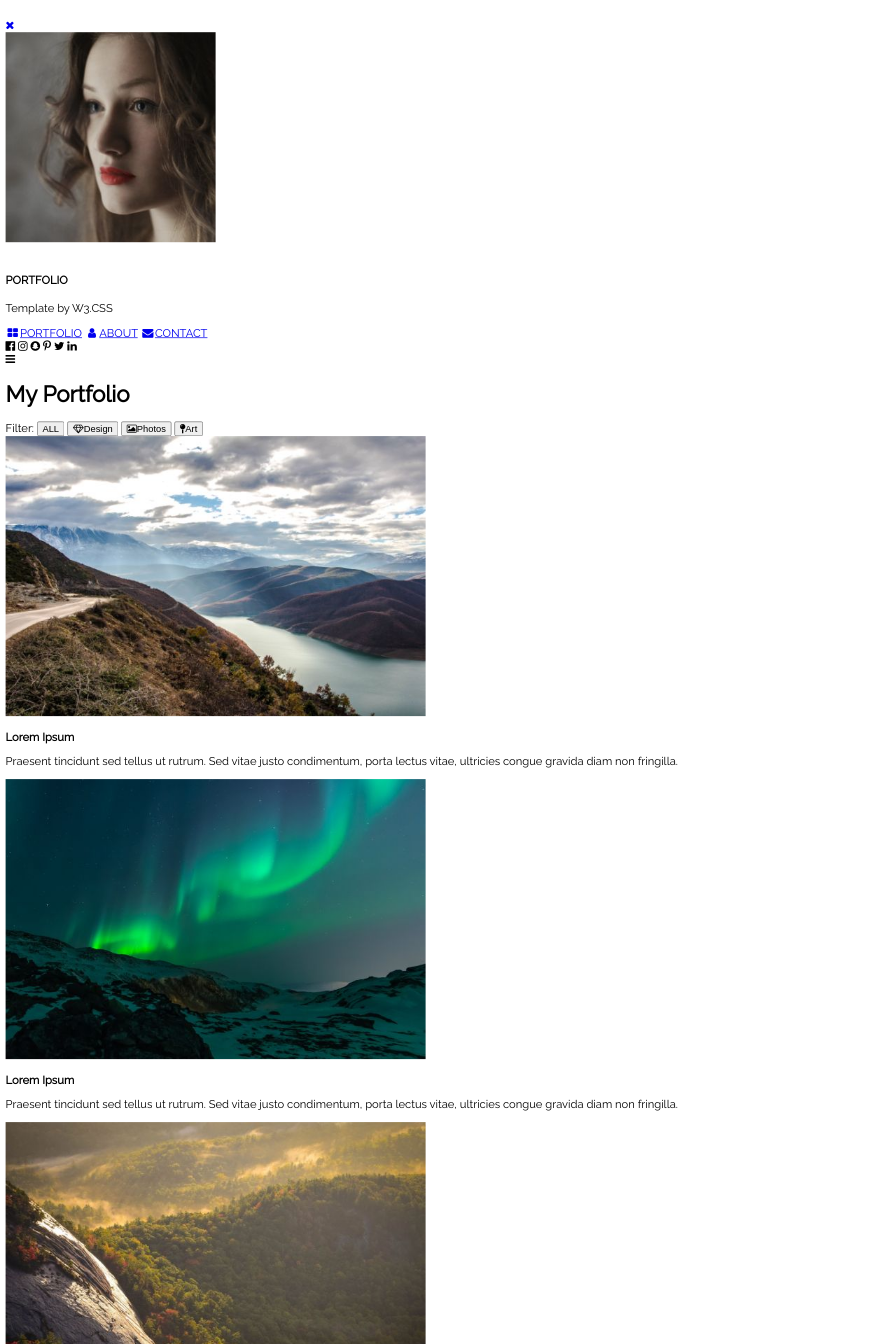
Repository: hesshess/clonecoding-assignment
Page: 5-nature-portfolio/template5.html
An editor plug-in stored every save of this project. The page is shown before and after the next save, followed by the edit.
The browser window is 1280 px wide. The pictures show the part of the page from y = 0 to 1920 px (the page is 6248 px tall before and 5905 px after), at 70% of full size.

Above is the page before, as saved 2022-03-18 17:06:09.

### 5-nature-portfolio/template5.html
<!DOCTYPE html>
<html>
  <head>
    <title>Nature Portfolio</title>
    <meta charset="UTF-8" />
    <meta name="viewport" content="width=device-width, initial-scale=1" />
    <link rel="stylesheet" href="./template5.css" />
    <link
      rel="stylesheet"
      href="https://fonts.googleapis.com/css?family=Raleway"
    />
    <link
      rel="stylesheet"
      href="https://cdnjs.cloudflare.com/ajax/libs/font-awesome/4.7.0/css/font-awesome.min.css"
    />

  </head>
  <body >
    <!-- Sidebar/menu -->
    <nav
      style="z-index: 3; width: 300px"
      id="mySidebar"
    >
      <br />
      <div>
        <a
          href="#""
          title="close menu"
        >
          <i class="fa fa-remove"></i>
        </a>
        <img
          src="./img/avatar_g2.jpg"


        /><br /><br />
        <h4><b>PORTFOLIO</b></h4>
        <p >Template by W3.CSS</p>
      </div>
      <div >
        <a
          href="#portfolio"
          onclick="w3_close()"

          ><i class="fa fa-th-large fa-fw"></i>PORTFOLIO</a
        >
        <a
          href="#about"

          ><i class="fa fa-user fa-fw "></i>ABOUT</a
        >
        <a
          href="#contact"


          ><i class="fa fa-envelope fa-fw"></i>CONTACT</a
        >
      </div>
      <div >
        <i class="fa fa-facebook-official w3-hover-opacity"></i>
        <i class="fa fa-instagram "></i>
        <i class="fa fa-snapchat "></i>
        <i class="fa fa-pinterest-p "></i>
        <i class="fa fa-twitter "></i>
        <i class="fa fa-linkedin "></i>
      </div>
    </nav>

    <!-- !PAGE CONTENT! -->
    <div >
      <!-- Header -->
      <header id="portfolio">

        <span

          ><i class="fa fa-bars"></i
        ></span>
        <div >
          <h1><b>My Portfolio</b></h1>
          <div>
            <span >Filter:</span>
            <button ">ALL</button>
            <button >
              <i class="fa fa-diamond "></i>Design
            </button>
            <button >
              <i class="fa fa-photo "></i>Photos
            </button>
            <button >
              <i class="fa fa-map-pin"></i>Art
            </button>
          </div>
        </div>
      </header>

      <!-- First Photo Grid-->
      <div >
        <div >
          <img
            src="./img/mountains.jpg"
            alt="Norway"

          />
          <div >
            <p><b>Lorem Ipsum</b></p>
            <p>
              Praesent tincidunt sed tellus ut rutrum. Sed vitae justo
              condimentum, porta lectus vitae, ultricies congue gravida diam non
              fringilla.
            </p>
          </div>
        </div>
        <div>
          <img
            src="./img/lights.jpg"
            alt="Norway"

          />
          <div >
            <p><b>Lorem Ipsum</b></p>
            <p>
              Praesent tincidunt sed tellus ut rutrum. Sed vitae justo
              condimentum, porta lectus vitae, ultricies congue gravida diam non
              fringilla.
            </p>
          </div>
        </div>
        <div >
          <img
            src="./img/nature.jpg"
            alt="Norway"

          />
          <div >
            <p><b>Lorem Ipsum</b></p>
            <p>
              Praesent tincidunt sed tellus ut rutrum. Sed vitae justo
              condimentum, porta lectus vitae, ultricies congue gravida diam non
              fringilla.
            </p>
          </div>
        </div>
      </div>

      <!-- Second Photo Grid-->
      <div >
        <div >
          <img
            src="./img/p1.jpg"
            alt="Norway"

          />
          <div >
            <p><b>Lorem Ipsum</b></p>
            <p>
              Praesent tincidunt sed tellus ut rutrum. Sed vitae justo
              condimentum, porta lectus vitae, ultricies congue gravida diam non
              fringilla.
            </p>
          </div>
        </div>
        <div >
          <img
            src="./img/p2.jpg"
            alt="Norway"

          />
          <div >
            <p><b>Lorem Ipsum</b></p>
            <p>
              Praesent tincidunt sed tellus ut rutrum. Sed vitae justo
              condimentum, porta lectus vitae, ultricies congue gravida diam non
              fringilla.
            </p>
          </div>
        </div>
        <div >
          <img
            src="./img/p3.jpg"
            alt="Norway"

          />
          <div >
            <p><b>Lorem Ipsum</b></p>
            <p>
              Praesent tincidunt sed tellus ut rutrum. Sed vitae justo
              condimentum, porta lectus vitae, ultricies congue gravida diam non
              fringilla.
            </p>
          </div>
        </div>
      </div>

      <!-- Pagination -->
      <div >
        <div >
          <a href="#" >«</a>
          <a href="#" >1</a>
          <a href="#" >2</a>
          <a href="#" >3</a>
          <a href="#" >4</a>
          <a href="#" >»</a>
        </div>
      </div>

      <!-- Images of Me -->
      <div id="about">
        <div >
          <img src="./img/avatar_g.jpg" alt="Me"  />
        </div>
        <div >
          <img src="./img/me2.jpg" alt="Me"  />
        </div>
      </div>

      <div >
        <h4><b>About Me</b></h4>
        <p>
          Just me, myself and I, exploring the universe of unknownment. I have a
          heart of love and an interest of lorem ipsum and mauris neque quam
          blog. I want to share my world with you. Praesent tincidunt sed tellus
          ut rutrum. Sed vitae justo condimentum, porta lectus vitae, ultricies
          congue gravida diam non fringilla. Praesent tincidunt sed tellus ut
          rutrum. Sed vitae justo condimentum, porta lectus vitae, ultricies
          congue gravida diam non fringilla.
        </p>
        <hr />

        <h4>Technical Skills</h4>
        <!-- Progress bars / Skills -->
        <p>Photography</p>
        <div>
          <div

          >
            95%
          </div>
        </div>
        <p>Web Design</p>
        <div >
          <div

          >
            85%
          </div>
        </div>
        <p>Photoshop</p>
        <div >
          <div

          >
            80%
          </div>
        </div>
        <p>
          <button

          >
            <i class="fa fa-download "></i>Download Resume
          </button>
        </p>
        <hr />

        <h4>How much I charge</h4>
        <!-- Pricing Tables -->
        <div >
          <div>
            <ul

            >
              <li >Basic</li>
              <li >Web Design</li>
              <li>Photography</li>
              <li>1GB Storage</li>
              <li>Mail Support</li>
              <li>
                <h2>$ 10</h2>
                <span >per month</span>
              </li>
              <li >
                <button

                >
                  Sign Up
                </button>
              </li>
            </ul>
          </div>

          <div >
            <ul

            >
              <li >Pro</li>
              <li>Web Design</li>
              <li>Photography</li>
              <li>50GB Storage</li>
              <li>Endless Support</li>
              <li>
                <h2>$ 25</h2>
                <span >per month</span>
              </li>
              <li >
                <button

                >
                  Sign Up
                </button>
              </li>
            </ul>
          </div>

          <div >
            <ul

            >
              <li >Premium</li>
              <li>Web Design</li>
              <li>Photography</li>
              <li>Unlimited Storage</li>
              <li>Endless Support</li>
              <li>
                <h2>$ 25</h2>
                <span >per month</span>
              </li>
              <li >
                <button

                >
                  Sign Up
                </button>
              </li>
            </ul>
          </div>
        </div>
      </div>

      <!-- Contact Section -->
      <div >
        <h4 id="contact"><b>Contact Me</b></h4>
        <div


        >
          <div >
            <p><i class="fa fa-envelope "></i></p>
            <p>email@email.com</p>
          </div>
          <div >
            <p>
              <i class="fa fa-map-marker "></i>
            </p>
            <p>Chicago, US</p>
          </div>
          <div >
            <p><i class="fa fa-phone "></i></p>
            <p>512312311</p>
          </div>
        </div>
        <hr  />
        <form >
          <div >
            <label>Name</label>
            <input

              type="text"
              name="Name"
              required
            />
          </div>
          <div >
            <label>Email</label>
            <input

              type="text"
              name="Email"
              required
            />
          </div>
          <div >
            <label>Message</label>
            <input

              type="text"
              name="Message"
              required
            />
          </div>
          <button type="submit" >
            <i class="fa fa-paper-plane "></i>Send Message
          </button>
        </form>
      </div>

      <!-- Footer -->
      <footer >
        <div >
          <div >
            <h3>FOOTER</h3>
            <p>
              Praesent tincidunt sed tellus ut rutrum. Sed vitae justo
              condimentum, porta lectus vitae, ultricies congue gravida diam non
              fringilla.
            </p>
            <p>
              Powered by
              <a


                >w3.css</a
              >
            </p>
          </div>

          <div >
            <h3>BLOG POSTS</h3>
            <ul >
              <li>
                <img
                  src="./img/workshop.jpg"


                />
                <span >Lorem</span><br />
                <span>Sed mattis nunc</span>
              </li>
              <li>
                <img
                  src="./img/gondol.jpg"


                />
                <span >Ipsum</span><br />
                <span>Praes tinci sed</span>
              </li>
            </ul>
          </div>

          <div >
            <h3>POPULAR TAGS</h3>
            <p>
              <span >Travel</span>
              <span
                >New York</span
              >
              <span
                >London</span
              >
              <span >IKEA</span>
              <span
                >NORWAY</span
              >
              <span >DIY</span>
              <span
                >Ideas</span
              >
              <span >Baby</span>
              <span
                >Family</span
              >
              <span >News</span>
              <span
                >Clothing</span
              >
              <span
                >Shopping</span
              >
              <span
                >Sports</span
              >
              <span
                >Games</span
              >
            </p>
          </div>
        </div>
      </footer>

      <div >
        Powered by
        <a


          >w3.css</a
        >
      </div>

      <!-- End page content -->
    </div>

  </body>
</html>

### 5-nature-portfolio/template5.css
body,
h1,
h2,
h3,
h4,
h5,
h6 {
  font-family: 'Raleway', sans-serif;
}

body {
  display: grid;
  grid-template-columns: 1fr, 3fr;
}

After the next save:
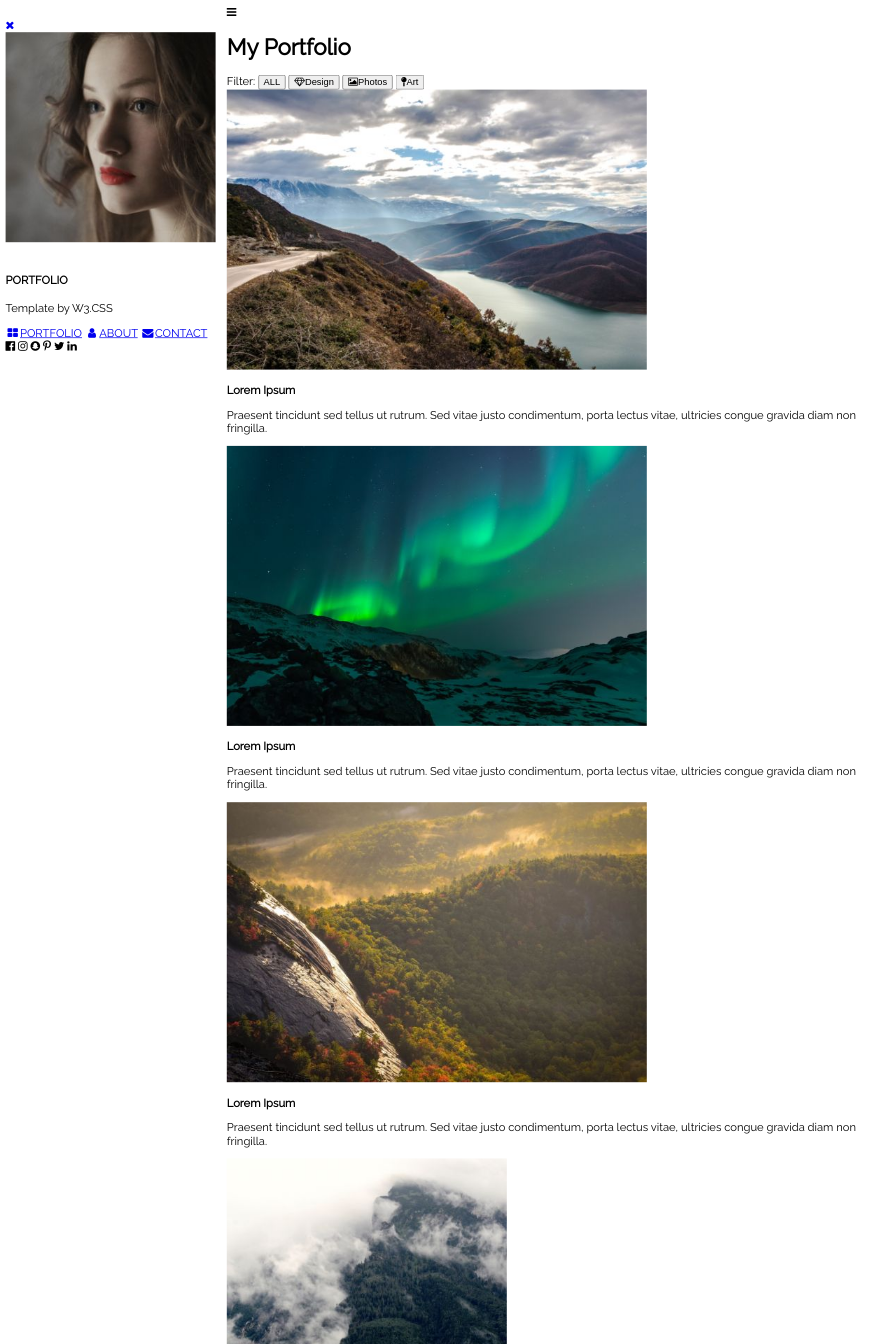
Saved 48 s later.
--- a/5-nature-portfolio/template5.css
+++ b/5-nature-portfolio/template5.css
@@ -10,5 +10,5 @@ h6 {
 
 body {
   display: grid;
-  grid-template-columns: 1fr, 3fr;
+  grid-template-columns: 1fr 3fr;
 }
